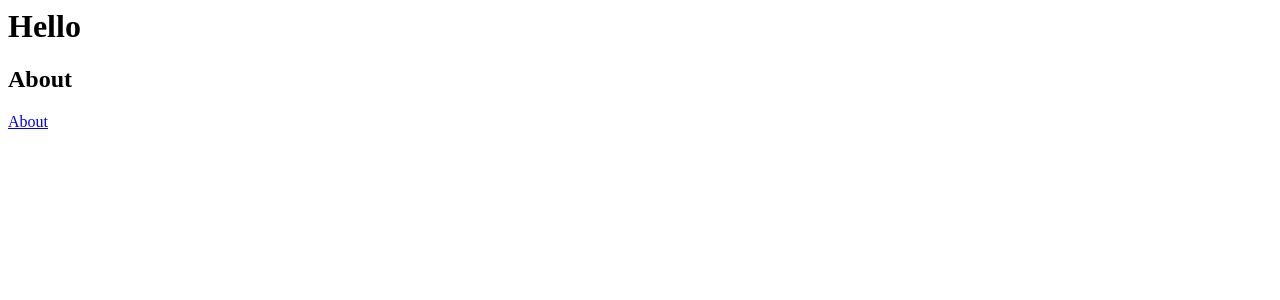
Repository: ibrahimmohammed-dev/Habibi-Come-to-egypt
Page: New folder/index2.html
These files come from the project's save history. The page is drawn as it stood at one moment and after the next save; the edit follows.
The browser window is 1280 px wide. The pictures show the whole page.

Above is the page before, as saved 2026-04-27 15:43:48.

### New folder/index2.html
<div>
  <h1>Hello</h1>
</div>


<section>
  <h2>About</h2>
</section>

<a href="#about">About</a>

After the next save:
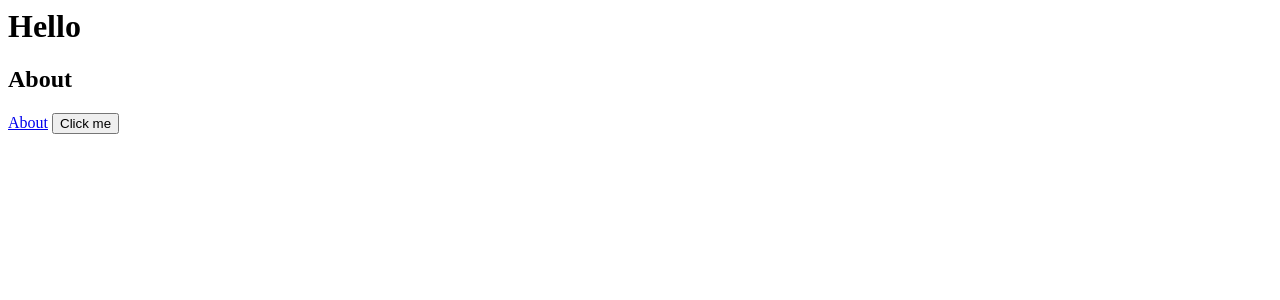
Saved 1 s later.
--- a/New folder/index2.html
+++ b/New folder/index2.html
@@ -8,3 +8,5 @@
 </section>
 
 <a href="#about">About</a>
+
+<button>Click me</button>
